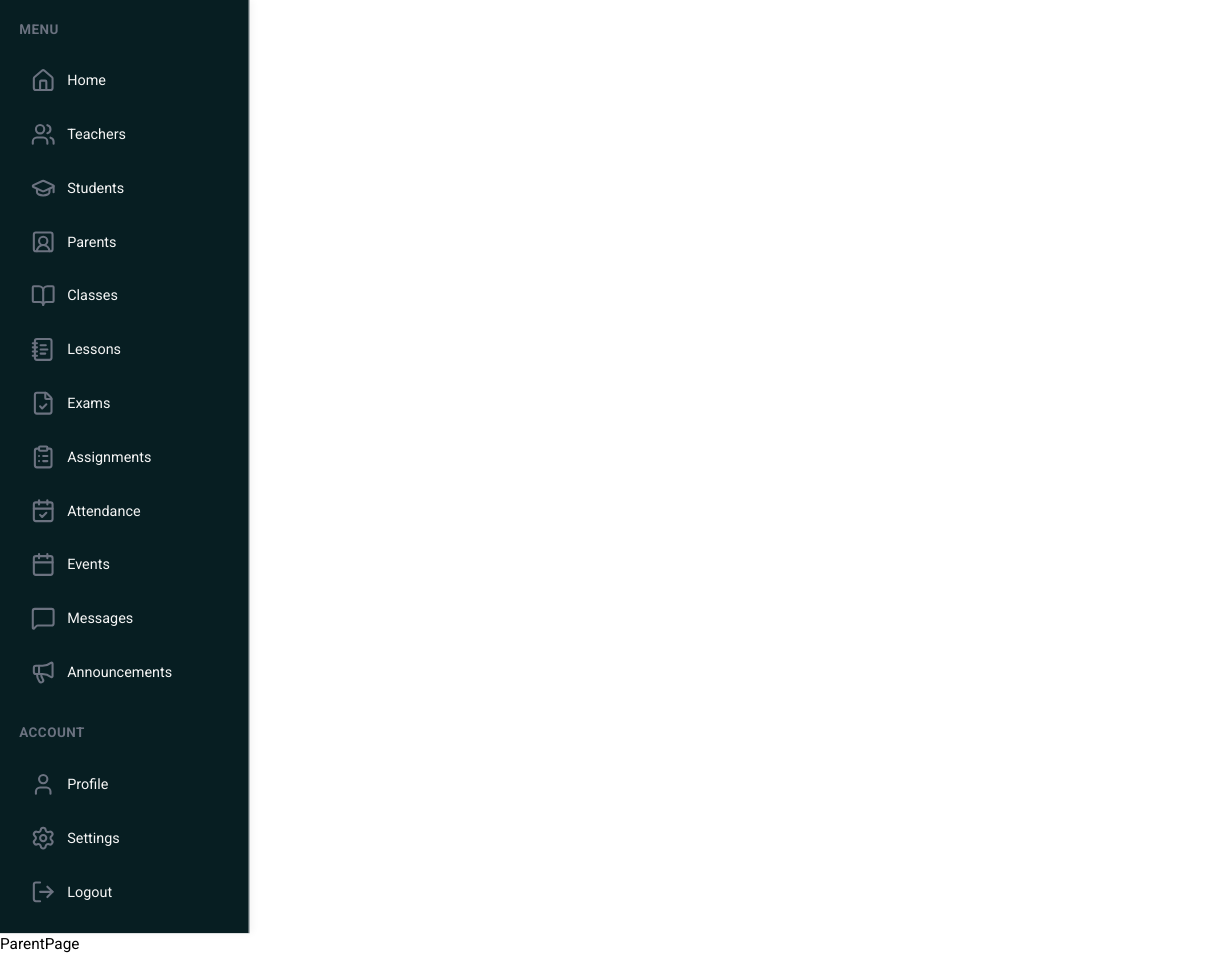
Repository: GlorifiedIntel/student-portal
Page: /parent
These files come from the project's save history. The page is drawn as it stood at one moment and after the next save; the edit follows.
The browser window is 1280 px wide. The pictures show the whole page, at 96% of full size.
The project was rebuilt for these pictures with package versions that can differ from the ones it lists, and the page was loaded fresh each time. The framework's server and built-in components were replaced by stand-ins that run in the browser. Also part of the build but not shown: next.config.mjs, src/app/(dashboard)/Layout.module.css.

Above is the page before, as saved 2025-08-21 12:50:27.

After the next save:
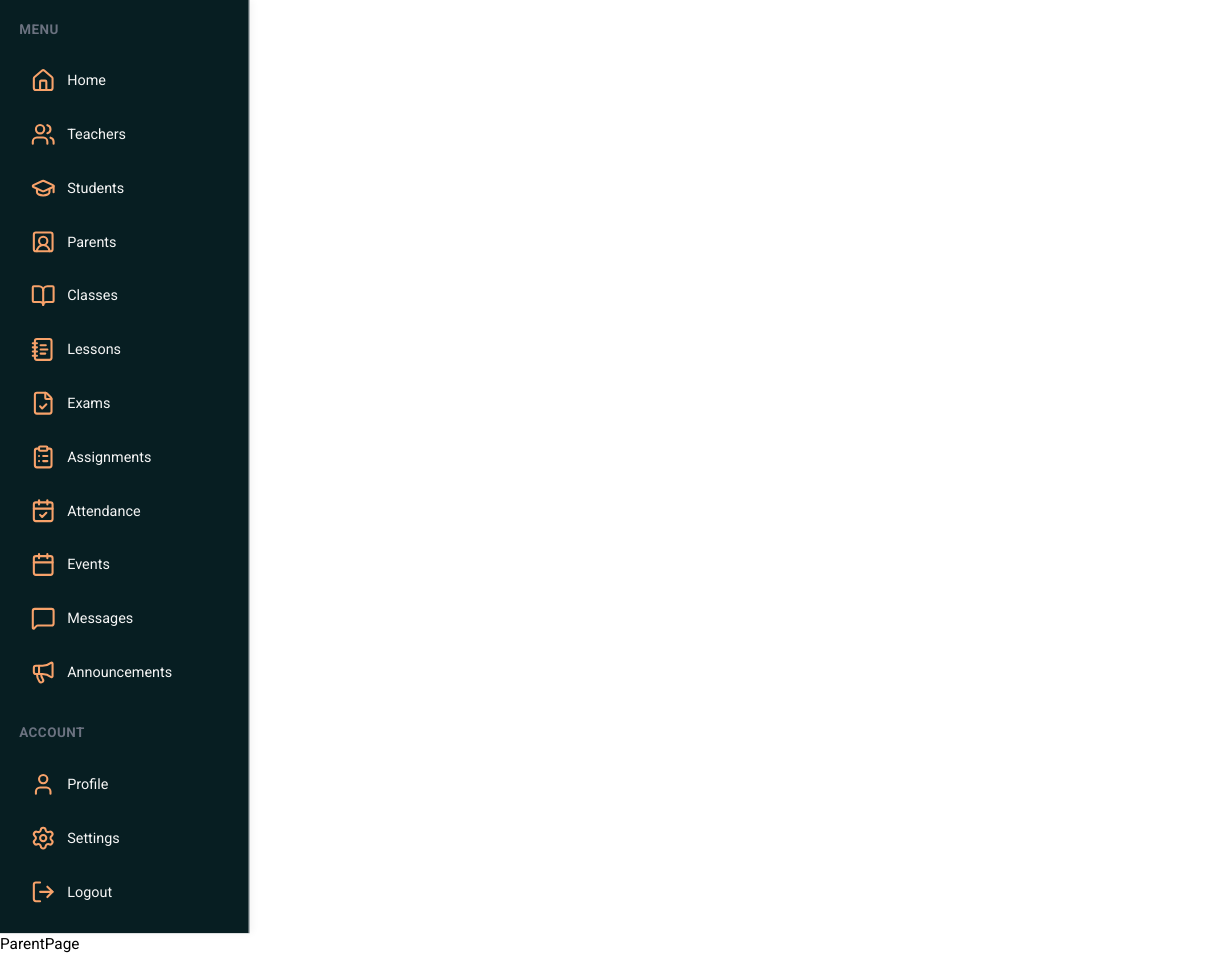
Saved 39 min 15 s later.
--- a/src/components/Menu.module.css
+++ b/src/components/Menu.module.css
@@ -44,7 +44,7 @@
 }
 
 .menu-icon {
-  color: #6b7280;
+  color: #f7a26a;
   transition: color 0.2s ease;
 }
 
